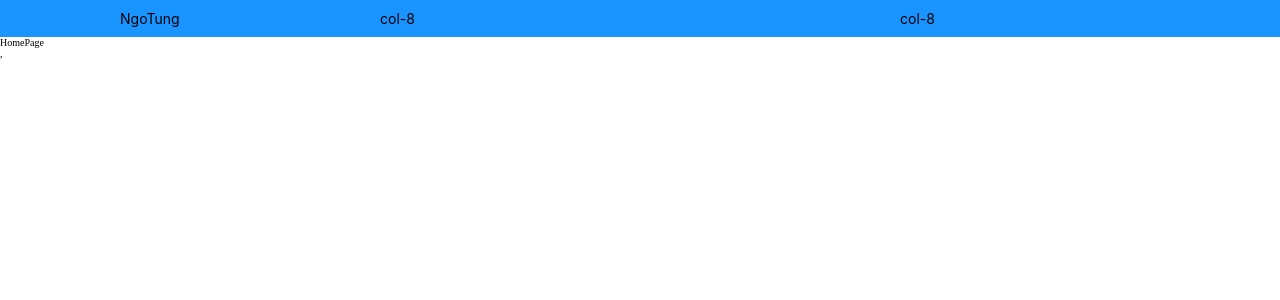
Repository: NgoThanhTung-2002/Youtube_Project
Page: /
The author's editor kept a copy of each file at every save. The page is drawn from the files as they stood at one save, then again after a run of saves.
The browser window is 1280 px wide. The pictures show the whole page.
The project was rebuilt for these pictures with package versions that can differ from the ones it lists, and the page was loaded fresh each time. Also part of the build but not shown: src/pages/NotFoundPage/NotFoundPage.jsx. Imported but missing from the stored project, and not drawn on this page: src/pages/OrderPage/OrderPage, src/pages/ProductsPage/ProductsPage.

Above is the page before, as saved 2023-09-26 11:58:03.

### src/index.js
import React from 'react';
import ReactDOM from 'react-dom/client';
import './index.css';
import App from './App';
import reportWebVitals from './reportWebVitals';

import 'antd/dist/antd';
import { Provider } from 'react-redux'

import { store } from './redux/store';
const root = ReactDOM.createRoot(document.getElementById('root'));
root.render(
  <React.StrictMode>
  <Provider  store={store}>
    <App />
    </Provider>,
  </React.StrictMode>
);

// If you want to start measuring performance in your app, pass a function
// to log results (for example: reportWebVitals(console.log))
// or send to an analytics endpoint. Learn more: https://bit.ly/CRA-vitals
reportWebVitals();

### src/App.js
import React, { Fragment } from 'react'
import { BrowserRouter as Router, Routes, Route} from 'react-router-dom'

import { routes } from './pages/routes'
import DefaultComponent from './components/DefaultComponent/DefaultComponent'

function App() {


  return (
    <div>
      <Router>
        <Routes>
          {routes.map((route)=>{
            const Page = route.page
            const Layout = route.isShowHeader? DefaultComponent: Fragment
            return (
              <Route key={route.path} path={route.path} element={
                <Layout>
                  <Page/>
                </Layout>
              }/>
            )
          })}
        </Routes>
      </Router>
    </div>
  )
}

export default App

### src/redux/store.js
import { configureStore } from '@reduxjs/toolkit'
import counterReducer  from './slides/counterSlide'

export const store = configureStore({
  reducer: {
    counter: counterReducer
  },
})

### src/pages/routes/index.js
import HomePage from "../HomePage/HomePage";
import NotFoundPage from "../NotFoundPage/NotFoundPage";
import OrderPage from "../OrderPage/OrderPage";
import ProductsPage from "../ProductsPage/ProductsPage";

export const routes = [
    {
        path: '/',
        page: HomePage,
        isShowHeader: true
    },
    {
        path: '/order',
        page: OrderPage,
        isShowHeader: true
    },
    {
        path: '/products',
        page:  ProductsPage,
        isShowHeader: true
    },
    {
        path: '*',
        page:  NotFoundPage
    },
]

### src/components/DefaultComponent/DefaultComponent.jsx
import React from 'react'
import HeaderComponent from '../HeaderComponent/HeaderComponent'

const DefaultComponent = ({children}) => {
  return (
    <div>
      <HeaderComponent/>
      {children}
    </div>
  )
}

export default DefaultComponent

### src/redux/slides/counterSlide.js
import { createSlice } from '@reduxjs/toolkit'

const initialState = {
    value: 0,
}

export const counterSlice = createSlice({
    name: 'counter',
    initialState,
    reducers: {
        increment: (state) => {
            state.value +=1
        },
        decrement: (state) => {
            state.value -= 1
        },
        incrementByAmount: (state, action) => {
            state.value += action.payload
        },
    },
})

export const { increment, decrement, incrementByAmount } = counterSlice.actions

export default counterSlice.reducer

### src/components/HeaderComponent/HeaderComponent.jsx
import { Col} from "antd";
import React from "react";
import { WrapperHeader } from "./style";

const HeaderComponent = () => {
  return (
    <div>
      <WrapperHeader>
        <Col span={6}>
            NgoTung
        </Col>
        <Col span={12}>col-8</Col>
        <Col span={6}>
          col-8
        </Col>
      </WrapperHeader>
    </div>
  );
};

export default HeaderComponent;

### src/components/HeaderComponent/style.js
import { Row } from "antd";
import styled from "styled-components";

export const WrapperHeader = styled(Row)`
    padding: 10px 120px;
    background-color: rgb(26, 148, 255);
`

export const WrapperTextHeader = styled.span`
    font-size: 18px;
    color: #fff;
    font-weight: bold;
`

Loaded but not shown: public/index.html (common file); src/index.css (common file); src/reportWebVitals.js (common file); src/pages/HomePage/HomePage.jsx (common file)

After the next 4 saves:
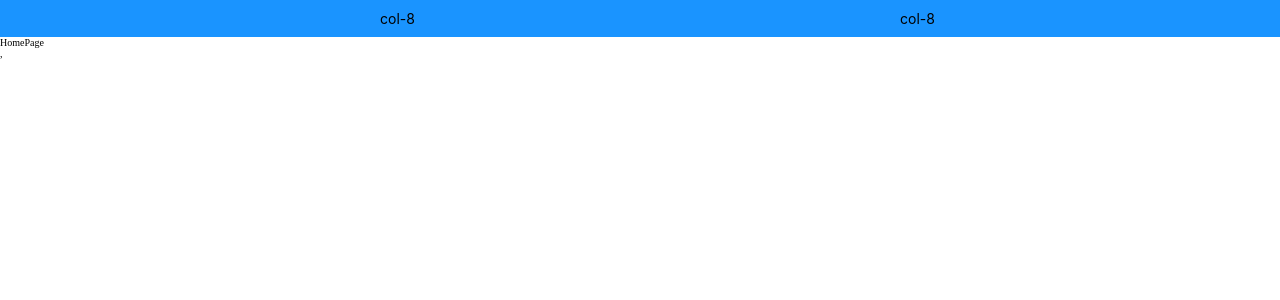
The 4 saves are shown as one change because 1 did not build or start and some came seconds apart.
The last was saved 30 s later.
--- a/src/components/HeaderComponent/HeaderComponent.jsx
+++ b/src/components/HeaderComponent/HeaderComponent.jsx
@@ -1,13 +1,13 @@
 import { Col} from "antd";
 import React from "react";
-import { WrapperHeader } from "./style";
+import { WrapperHeader, WrapperTextHeader } from "./style";
 
 const HeaderComponent = () => {
   return (
     <div>
       <WrapperHeader>
         <Col span={6}>
-            NgoTung
+            <WrapperTextHeader></WrapperTextHeader>
         </Col>
         <Col span={12}>col-8</Col>
         <Col span={6}>
